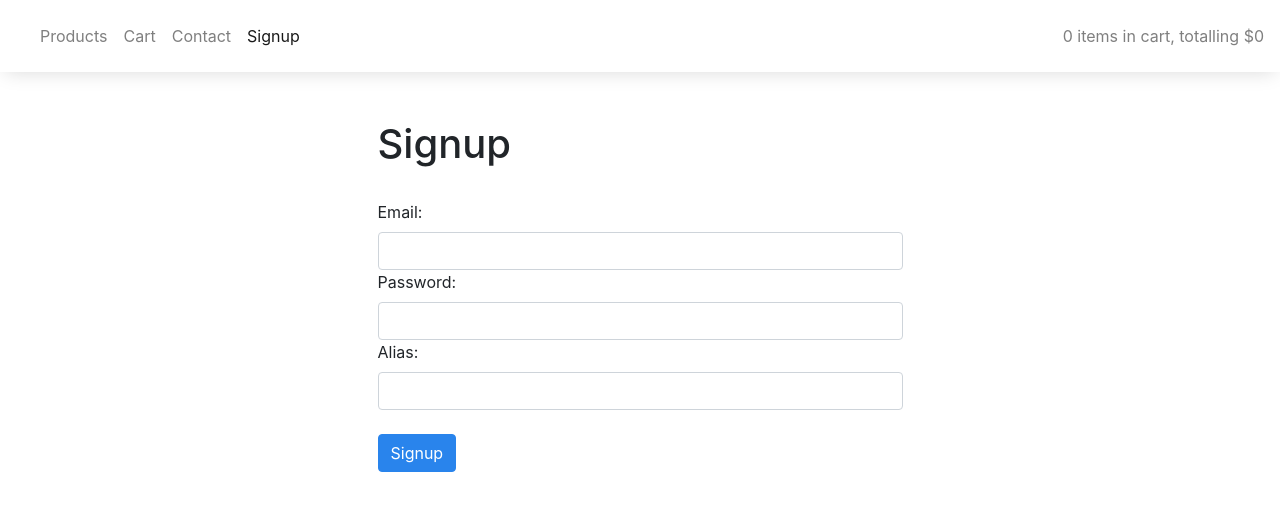
Repository: dayrim/wavecraft
Page: /signup
An editor plug-in stored every save of this project. The page is shown before and after the next save, followed by the edit.
The browser window is 1280 px wide. The pictures show the whole page.
The project was rebuilt for these pictures with package versions that can differ from the ones it lists, and the page was loaded fresh each time. Also part of the build but not shown: vue.config.js.

Above is the page before, as saved 2019-04-22 16:15:57.

After the next save:
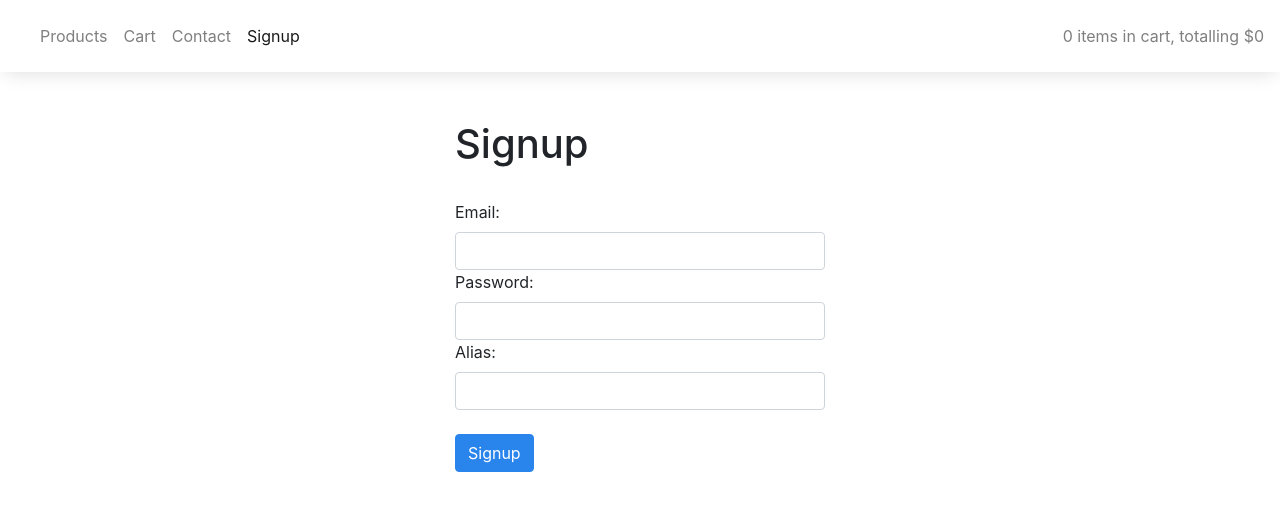
Saved 36 s later.
--- a/src/components/Signup.vue
+++ b/src/components/Signup.vue
@@ -1,21 +1,15 @@
 <template>
-  <b-container>
-    <b-row>
-      <b-col></b-col>
-      <b-col cols="6">
-        <h1>Signup</h1>
-        <br />
-        <label for="email">Email:</label>
-        <b-form-input id="email" type="text"></b-form-input>
-        <label for="password">Password:</label>
-        <b-form-input id="password" type="text"></b-form-input>
-        <label for="alias">Alias:</label>
-        <b-form-input id="alias" type="text"></b-form-input>
-        <br />
-        <b-button variant="primary">Signup</b-button></b-col
-      >
-      <b-col></b-col>
-    </b-row>
+  <b-container class="signup">
+    <h1>Signup</h1>
+    <br />
+    <label for="email">Email:</label>
+    <b-form-input id="email" type="text"></b-form-input>
+    <label for="password">Password:</label>
+    <b-form-input id="password" type="text"></b-form-input>
+    <label for="alias">Alias:</label>
+    <b-form-input id="alias" type="text"></b-form-input>
+    <br />
+    <b-button variant="primary">Signup</b-button>
   </b-container>
 </template>
 
@@ -27,4 +21,8 @@ export default {
 };
 </script>
 
-<style lang="scss"></style>
+<style lang="scss">
+.signup {
+  max-width: 400px;
+}
+</style>
